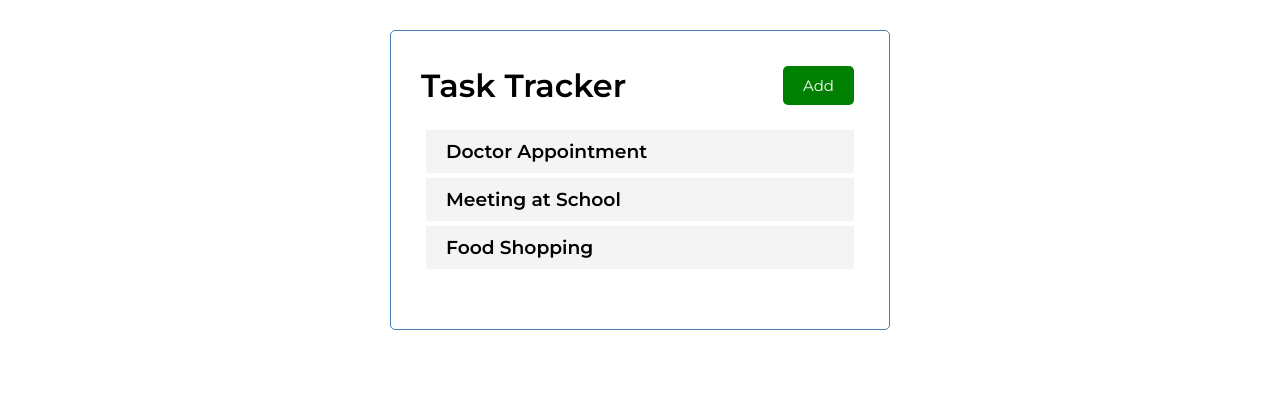
Repository: kate30980/task-tracker-reactjs
Page: /
An editor plug-in stored every save of this project. The page is shown before and after the next save, followed by the edit.
The browser window is 1280 px wide. The pictures show the whole page.
The project was rebuilt for these pictures with package versions that can differ from the ones it lists, and the page was loaded fresh each time.

Above is the page before, as saved 2021-09-19 15:31:28.

After the next save:
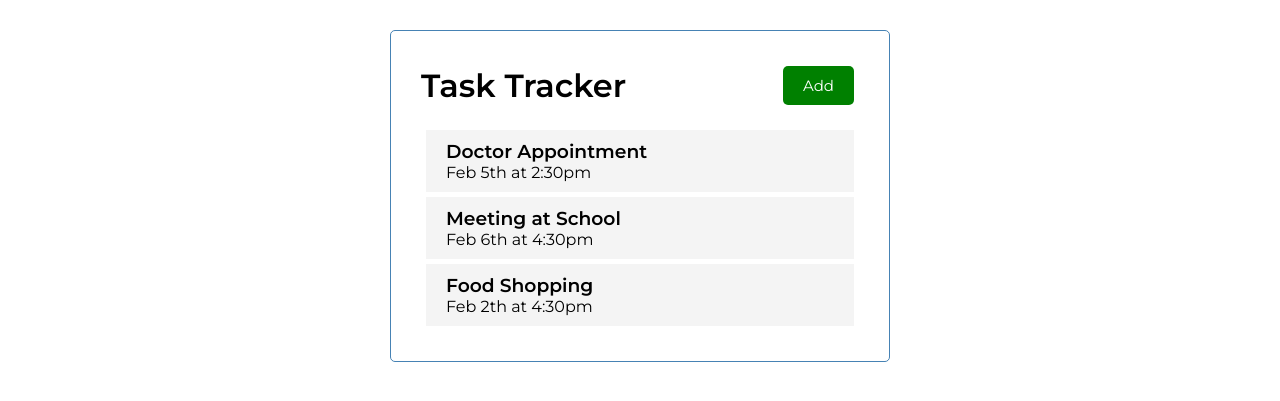
Saved 32 s later.
--- a/src/components/Task.js
+++ b/src/components/Task.js
@@ -2,6 +2,7 @@ const Task = ({ task }) => {
   return (
     <div className="task">
       <h3>{task.text}</h3>
+      <p>{task.day}</p>
     </div>
   );
 };
